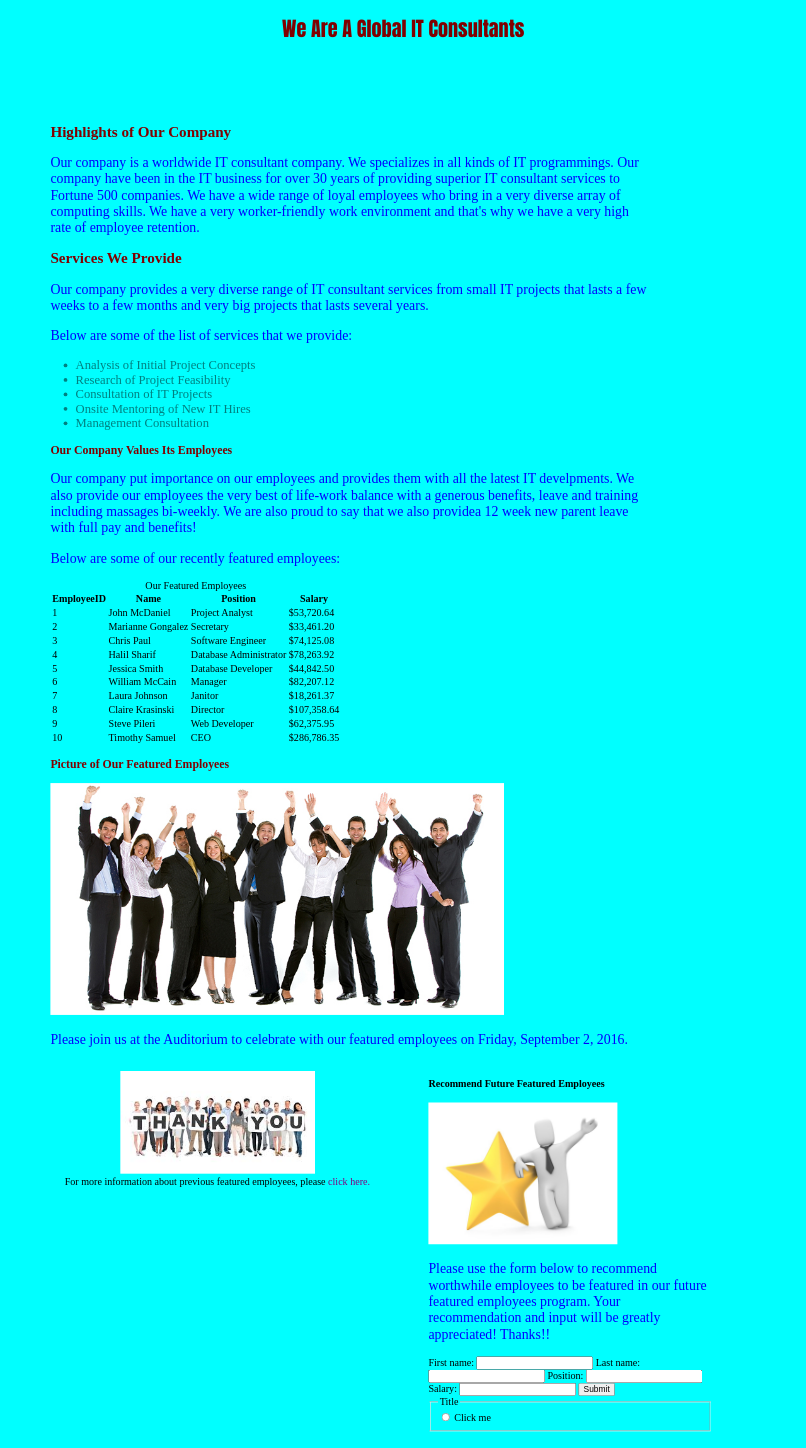
Repository: myjavaweb2/Week5JDBCAssignments
Page: myweek4project/src/main/webapp/index.html
These files come from the project's save history. The page is drawn as it stood at one moment and after the next save; the edit follows.
The browser window is 1280 px wide. The pictures show the whole page, at 63% of full size.

Above is the page before, as saved 2016-08-26 18:37:20.

After the next save:
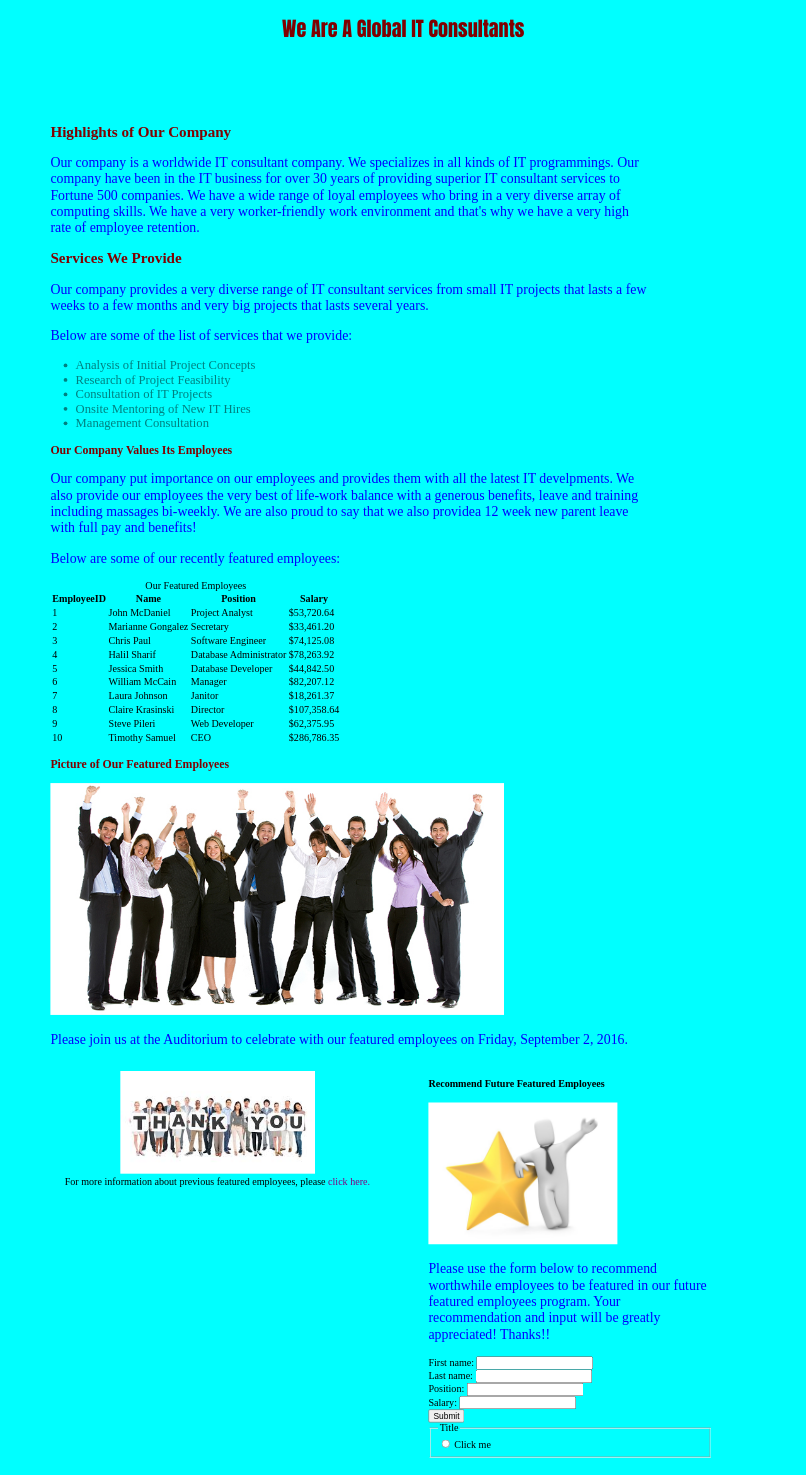
Saved 47 s later.
--- a/myweek4project/src/main/webapp/index.html
+++ b/myweek4project/src/main/webapp/index.html
@@ -141,13 +141,13 @@ be greatly appreciated! Thanks!!</p>
 
 <form action="" method="post">
   <label for="POST-firstName">First name:</label>
-  <input id="POST-firstName" type="text">
+  <input id="POST-firstName" type="text"><br>
   <label for="POST-lastName">Last name:</label>
-  <input id="POST-lastName" type="text">
+  <input id="POST-lastName" type="text"><br>
   <label for="POST-position">Position:</label>
-  <input id="POST-position" type="text">
+  <input id="POST-position" type="text"><br>
   <label for="POST-salary">Salary:</label>
-  <input id="POST-salary" type="text">
+  <input id="POST-salary" type="text"><br>
 
 
   <input type="submit" value="Submit">
